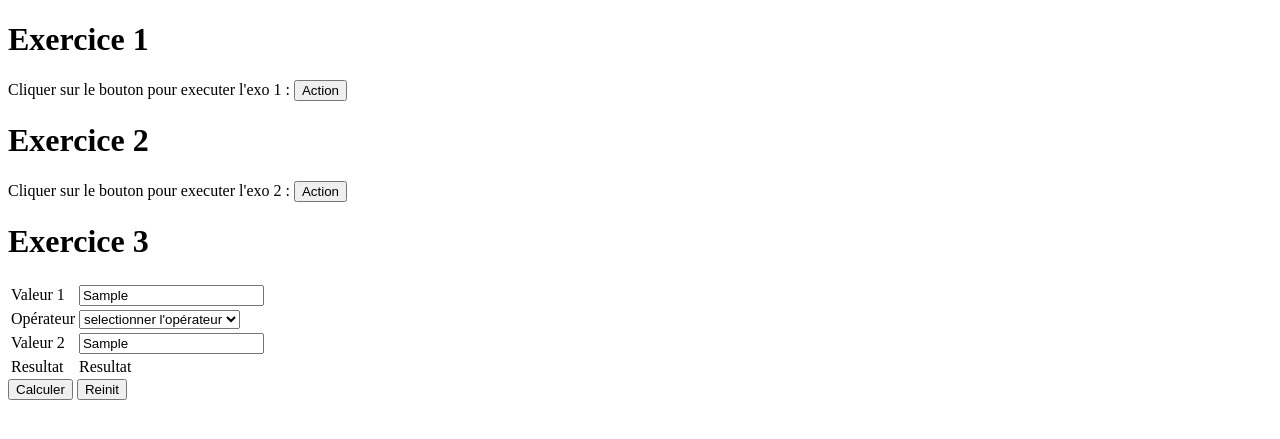
Repository: AgatheLM/formation_js
Page: insee-travaux-js/insee-client-js/index.html
An editor plug-in stored every save of this project. The page is shown before and after the next save, followed by the edit.
The browser window is 1280 px wide. The pictures show the whole page.
Empty fields were first filled with sample values (such as "Sample", 5 or name@example.com).
After loading, the first visible `input[onclick="main_exo3_reinit()"]` was clicked once.

Above is the page before, as saved 2018-01-24 13:17:04.

### insee-travaux-js/insee-client-js/index.html
<!DOCTYPE html>
<html>
<head>
<meta charset="utf-8">
<meta http-equiv="X-UA-Compatible" content="IE=edge">
<title>Ma page de calcul</title>
<script type="text/javascript" src="scripts/main.js"></script>
</head>
<body>

	<h1>Exercice 1</h1>
	<form action="">
		Cliquer sur le bouton pour executer l'exo 1 : <input type="button"
			value="Action" onclick="main()" />
	</form>

	<h1>Exercice 2</h1>
	<form action="">
		Cliquer sur le bouton pour executer l'exo 2 : <input type="button"
			value="Action" onclick="main_exo2()" />
	</form>

	<h1>Exercice 3</h1>
	<form action="">
		<table>
			<tr>
				<td><label for="val1"> Valeur 1 </label> </td>
				<td><input type="text" name="val1" id="val1" /></td>
			</tr>
			<tr>
				<td><label for="operateur"> Opérateur </label> </td>
				<td><select name="operateur" id="operateur">
						<option value="none">selectionner l'opérateur</option>
						<option value="+">+</option>
						<option value="-">-</option>
						<option value="*">*</option>
						<option value="/">/</option>
				</select></td>
			</tr>
			<tr>
				<td><label for="val2" > Valeur 2 </label></td>
				<td><input type="text" name="val2" id="val2" /></td>
			</tr>
			<tr>
				<td><label for="resultat" > Resultat</label></td>
				<td><label id="result" name="result"> Resultat </label></td>
			</tr>
		</table>
			<input type="button" value="Calculer" onclick="main_exo3()" />
			<input type="button" value="Reinit" onclick="main_exo3_reinit()" />
	</form>


</body>
</html>

### insee-travaux-js/insee-client-js/scripts/main.js
function main(){

	// Exercice 1
	try{
		// 1 - Demande à l'utilisateur
		var largeur = prompt ('Renseigner la largeur?','');
		var longueur = prompt ('Renseigner la longueur?','');
		//2. Appel aux fonctions utilitaires
		var surface=calculSurface(longueur, largeur);
		var perimetre=calculPerimetre(longueur, largeur);
		//3. Affichage du résultat
		alert ("La surface est de " + surface);
		alert ("Le périmètre est de " + perimetre);
	} catch(e) {
		console.log(e);
	}


}

function main_exo2(){

	/*Exercice 2 : Manipulation des tableaux
	Nous souhaitons afficher les éléments d’un tableau selon l’indice fourni par un utilisateur.
	Cette action sera répétée autant de fois jusqu’à ce que l’utilisateur saisisse le nombre « -1 » pour sortir.
	Travail à faire :
	- Coder une fonction qui initialisera le tableau ci dessous :
	var tab = new Array("Hollande","ZOME","Sarkozy","LE PEN","LE MAIRE","VALLS"
	- Faire pointer l’action du bouton sur cette nouvelle fonction.
	*/

	try{
		var tab = initTableau();
		var max=tab.length;
		var i = 0;
		while (i!=-1 ){
			i = parseInt(prompt ('Quel élément voulez vous?'));
			if ( i<max){
				alert(afficheElement(tab,i));
				//i = prompt ('Quel élément voulez vous?');
			} else  {
				alert ("Indice incorrect, il n'y a que " + max + " élements");
				//i = prompt ('Quel élément voulez vous?');
			}
		}

	} catch(e) {
		console.log(e);
	}


}



/*************************
* Sous fonctions exo 1   *
*************************/


	function calculSurface (longueur, largeur)  {
		try {
			surface=longueur*largeur;
			return surface;
		} catch(e){
			console.log(e);
		}

	}

	function calculPerimetre (longueur, largeur){
		try {
			perimetre=2*longueur+2*largeur;
			return perimetre;
		}catch(e){
			console.log(e);
		}

	}


/*************************
* Sous fonctions exo 2   *
*************************/

	function initTableau(){
		return new Array("Hollande","ZOME","Sarkozy","LE PEN","LE MAIRE","VALLS");
	}


	function afficheElement(tab, i){
		return tab[i];
	}



/*************************
* Sous fonctions exo 3   *
*************************/

	function main_exo3(){
		/*Exercice 3 : Faire une calculette*/

		try{
			var resul;
			var v1 = parseFloat(document.getElementById("val1").value);
			var v2 = parseFloat(document.getElementById("val2").value);
			var op = document.getElementById("operateur").value;
			resul=calcul(v1,v2,op);
			result.innerHTML=resul;

		} catch(e) {
			console.log(e);
		}

	}

	function main_exo3_reinit(){
		/*Exercice 3 : Faire une calculette*/

		try{
			val1.innerHTML="";
			val2.innerHTML="";
			op.innerHTML="operateur";


		} catch(e) {
			console.log(e);
		}

	}

	function calcul (v1,v2,op){
		var resul;
		switch(op){
		case "+" :
			resul = v1 + v2
			break;
		case "-" :
			resul = v1-v2
			break;
		case "*" :
			resul = v1*v2
			break;
		case "/" :
			if(v2!=0){
				resul = v1/v2
			}else{
				resul=0;
				alert("On ne peut pas diviser par 0");
			}
			break;
		}
		return resul;
	}

After the next save:
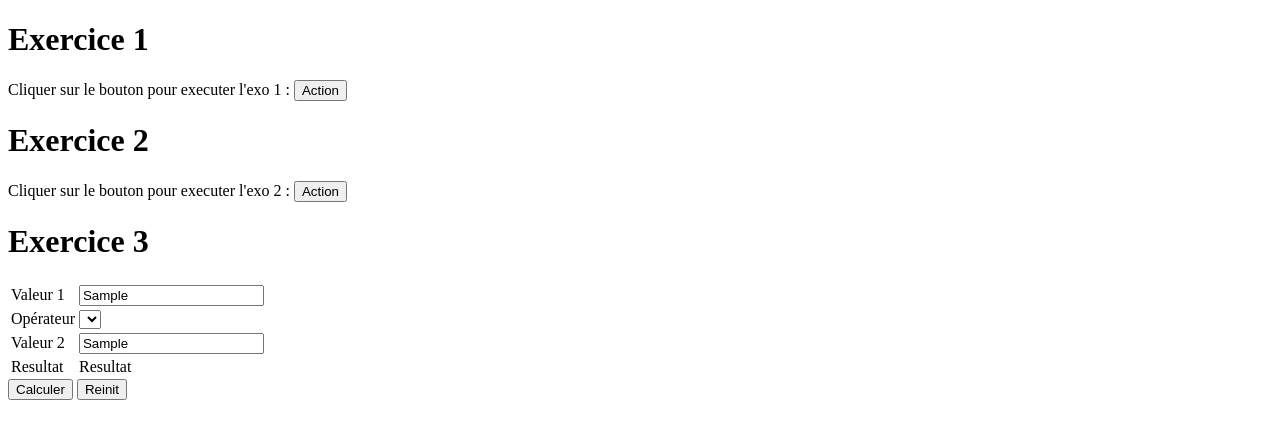
Saved 26 s later.
--- a/insee-travaux-js/insee-client-js/scripts/main.js
+++ b/insee-travaux-js/insee-client-js/scripts/main.js
@@ -121,7 +121,7 @@ function main_exo2(){
 		try{
 			val1.innerHTML="";
 			val2.innerHTML="";
-			op.innerHTML="operateur";
+			operateur.innerHTML="none";
 
 
 		} catch(e) {
